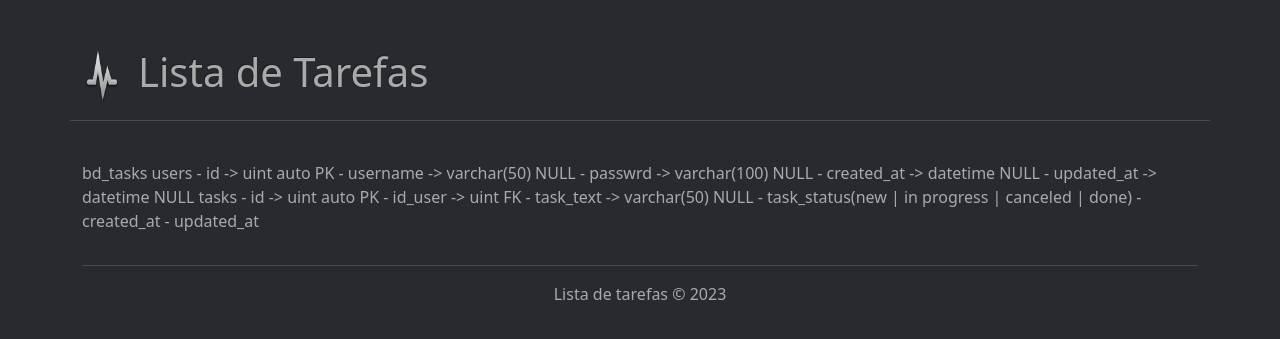
Repository: cargugati/lista_tarefas
Page: frontEnd/new_task.html
The author's editor kept a copy of each file at every save. The page is drawn from the files as they stood at one save, then again after the next save.
The browser window is 1280 px wide. The pictures show the whole page.

Above is the page before, as saved 2023-03-30 10:27:24.

### frontEnd/new_task.html
<!DOCTYPE html>
<html lang="pt-br">

<head>
  <meta charset="UTF-8">
  <meta http-equiv="X-UA-Compatible" content="IE=edge">
  <meta name="viewport" content="width=device-width, initial-scale=1.0">
  <title>Lista de Tarefas</title>
  <link rel="stylesheet" href="./assets/css/bootstrap.min.css">
  <link rel="stylesheet" href="./assets/fontawesome/css/all.min.css">
  <link rel="shortcut icon" href="./assets/images/favicon.png" type="image/png">
</head>

<body>
  <div class="container my-5">

    <!-- cabeçalho -->
    <div class="row mb-4">
      <div class="col">
        <div class="d-flex justify-content-start">
          <img src="./assets/images/favicon.png" alt="Logo" class="img-fluid me-3" width="40px">
          <h1>Lista de Tarefas</h1>
        </div>

      </div>

      <hr class="my-3">
    </div>

    <!-- espaço para criar nova tarefa -->

    bd_tasks

    users
    - id -> uint auto PK
    - username -> varchar(50) NULL
    - passwrd -> varchar(100) NULL
    - created_at -> datetime NULL
    - updated_at -> datetime NULL

    tasks
    - id -> uint auto PK
    - id_user -> uint FK
    - task_text -> varchar(50) NULL
    - task_status(new | in progress | canceled | done)
    - created_at
    - updated_at






    <!-- footer -->
    <div class="row mt-3">
      <div class="col text-center">
        <hr>
        <p>Lista de tarefas &copy; 2023</p>
      </div>
    </div>


  </div>

  <script src="./assets/js/bootstrap.bundle.min.js"></script>
</body>

</html>

Loaded but not shown: frontEnd/assets/css/bootstrap.min.css (library); frontEnd/assets/fontawesome/css/all.min.css (library); frontEnd/assets/js/bootstrap.bundle.min.js (library)

After the next save:
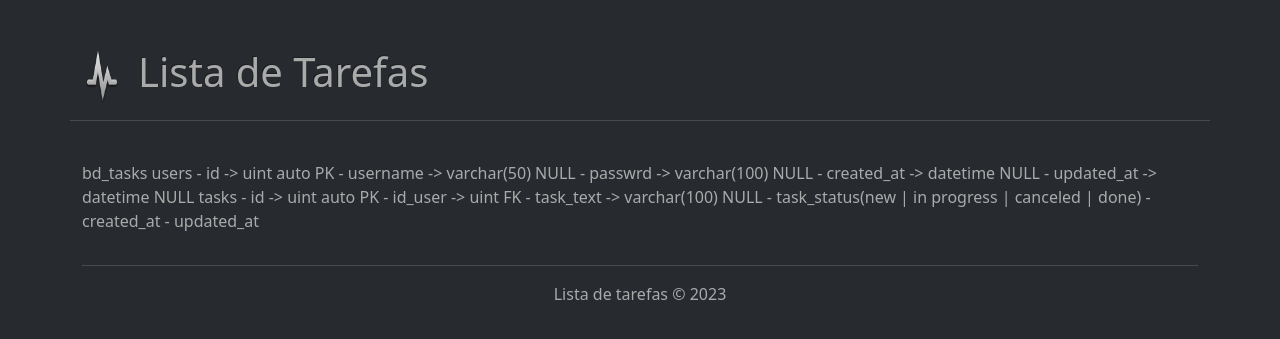
Saved 7 s later.
--- a/frontEnd/new_task.html
+++ b/frontEnd/new_task.html
@@ -41,7 +41,7 @@
     tasks
     - id -> uint auto PK
     - id_user -> uint FK
-    - task_text -> varchar(50) NULL
+    - task_text -> varchar(100) NULL
     - task_status(new | in progress | canceled | done)
     - created_at
     - updated_at
